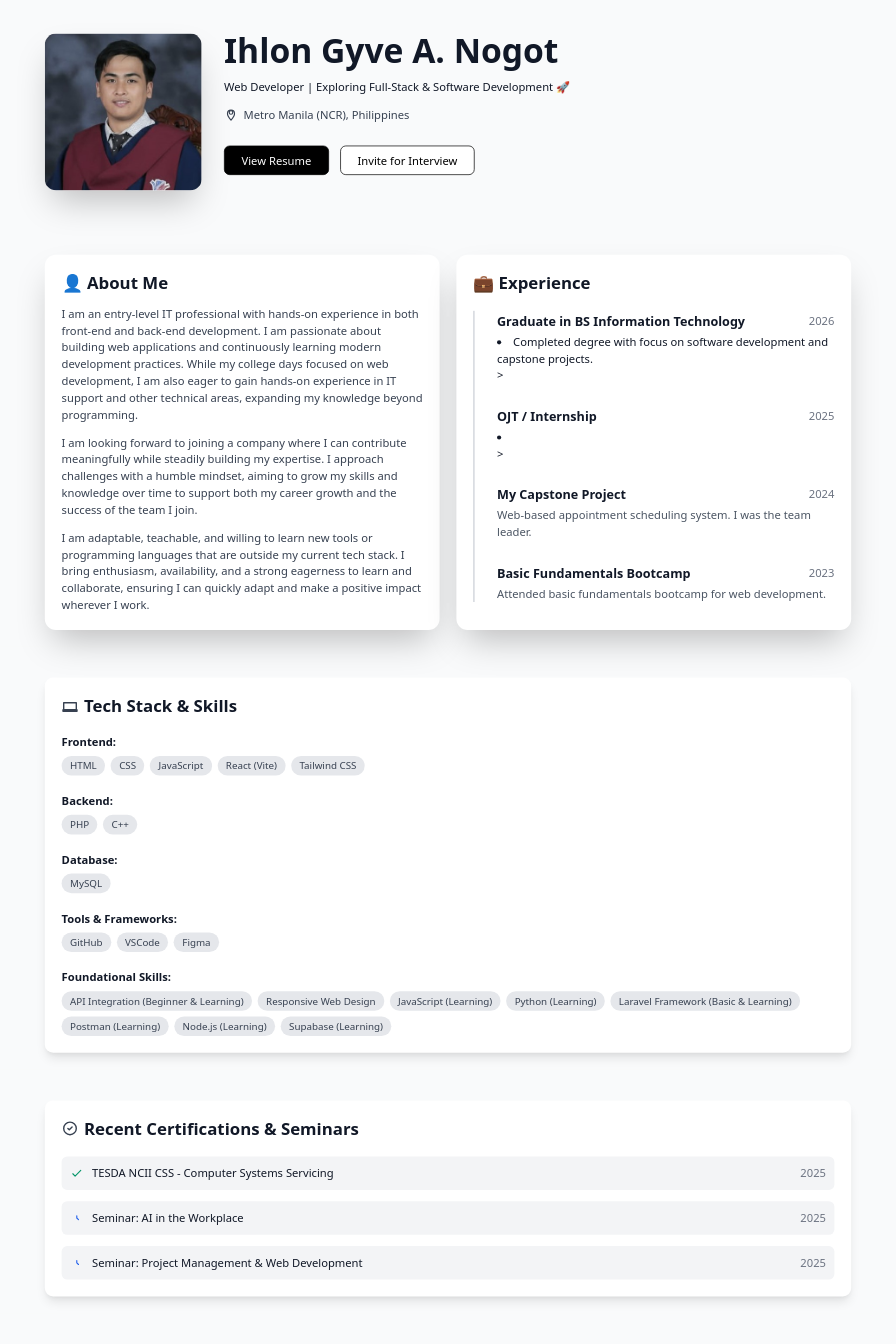
Repository: MeekSharkdev/cv-portfolio
Page: index.html
An editor plug-in stored every save of this project. The page is shown before and after the next save, followed by the edit.
The browser window is 1280 px wide. The pictures show the part of the page from y = 0 to 1920 px (the page is 2616 px tall), at 70% of full size.
A picture or video elsewhere on the page could not be fetched, so the positions and the page height are approximate.

Above is the page before, as saved 2026-01-31 20:27:54.
Not found: styles.css

After the next save:
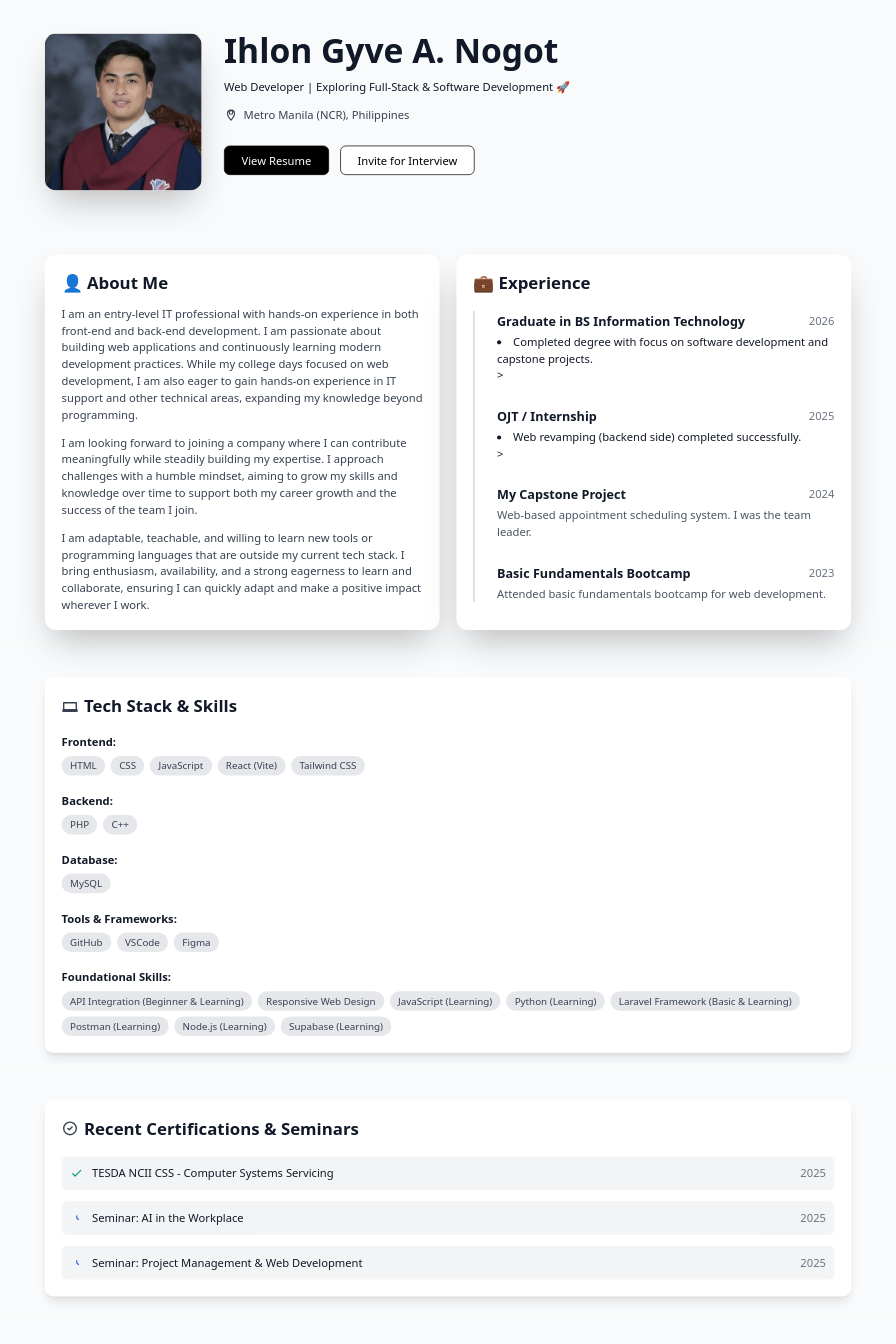
Saved 1 s later.
--- a/index.html
+++ b/index.html
@@ -124,7 +124,7 @@
                         <h3 class="text-lg font-bold">OJT / Internship</h3>
                         <span class="text-gray-500">2025</span>
                     </div>
-                    <p class="text-gray-600 mt-1"><li></li>></p>
+                    <p class="text-gray-600 mt-1"><li>Web revamping (backend side) completed successfully.</li>></p>
                 </div>
 
                 <!-- Capstone Project -->
